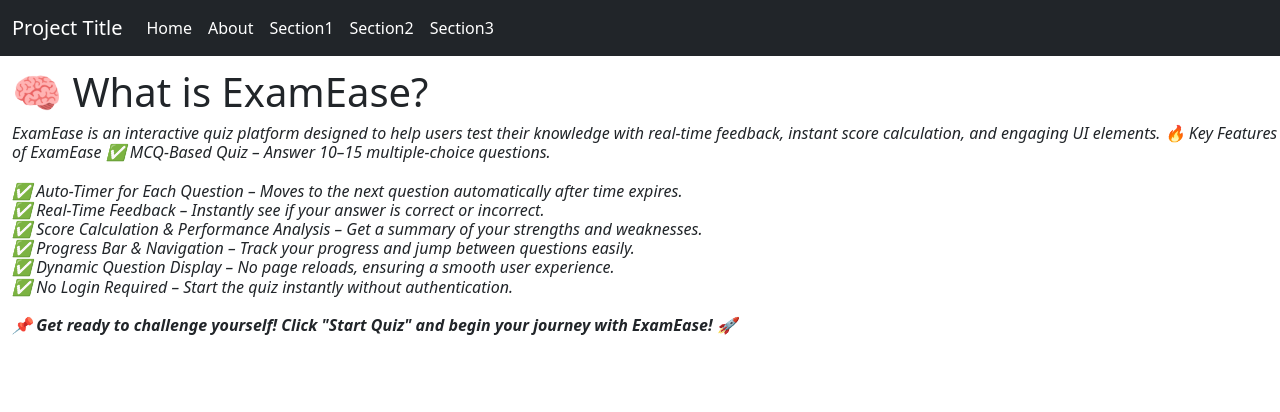
Repository: rahul-chakradhari/devquest
Page: /about (app in project/)
An editor plug-in stored every save of this project. The page is shown before and after the next save, followed by the edit.
The browser window is 1280 px wide. The pictures show the whole page.
The project was rebuilt for these pictures with package versions that can differ from the ones it lists, and the page was loaded fresh each time. Also part of the build but not shown: project/vite.config.js, project/src/components/Home.jsx, project/src/components/Section1.jsx, project/src/components/Section2.jsx, project/src/components/Section3.jsx, project/src/index.css.

Above is the page before, as saved 2025-02-23 13:03:48.

After the next save:
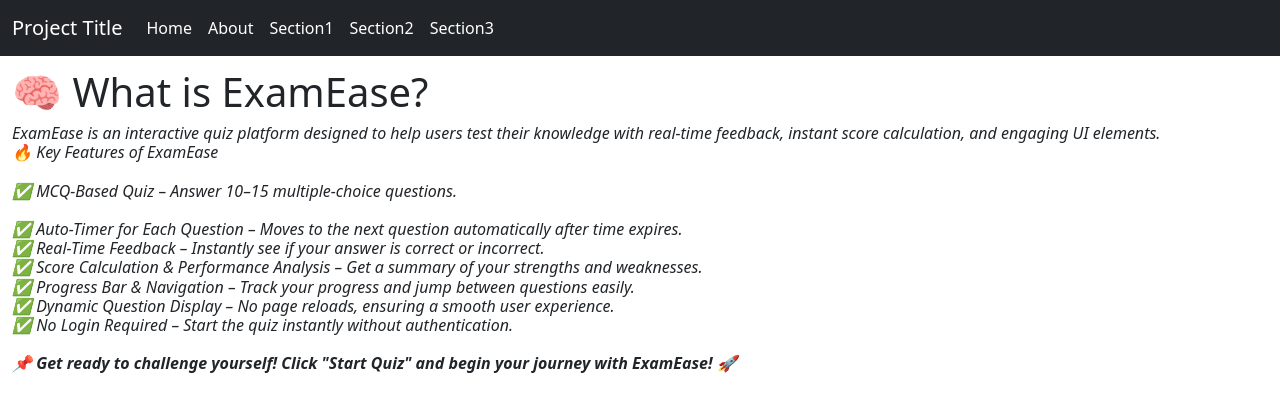
Saved 29 s later.
--- a/project/src/components/About.jsx
+++ b/project/src/components/About.jsx
@@ -8,9 +8,10 @@
         <i>
           ExamEase is an interactive quiz platform designed to help users test
           their knowledge with real-time feedback, instant score calculation,
-          and engaging UI elements. 🔥 Key Features of ExamEase ✅ MCQ-Based
-          Quiz – Answer 10–15 multiple-choice questions. <br /> <br /> ✅
-          Auto-Timer for Each Question – Moves to the next question
+          and engaging UI elements. <br />
+          🔥 Key Features of ExamEase <br /> <br />
+          ✅ MCQ-Based Quiz – Answer 10–15 multiple-choice questions. <br />{" "}
+          <br /> ✅ Auto-Timer for Each Question – Moves to the next question
           automatically after time expires. <br />✅ Real-Time Feedback –
           Instantly see if your answer is correct or incorrect. <br /> ✅ Score
           Calculation & Performance Analysis – Get a summary of your strengths
